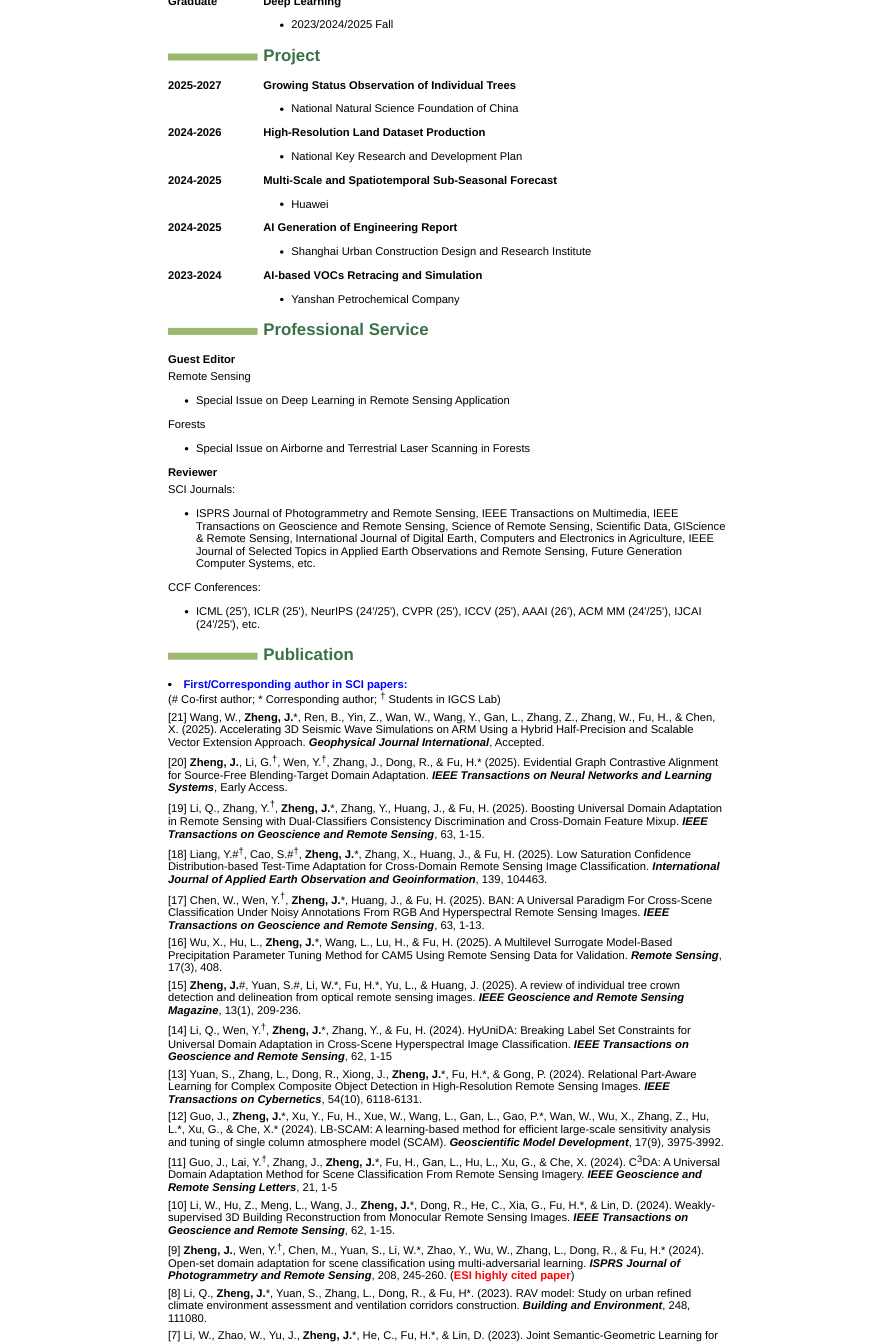
Repository: rssysu/rssysu.github.io
Page: assets/resume/zjp.html
These files come from the project's save history. The page is drawn as it stood at one moment and after the next save; the edit follows.
The browser window is 1280 px wide. The pictures show the part of the page from y = 759 to 2679 px (the page is 4387 px tall before and 4626 px after), at 70% of full size.

Above is the page before, as saved 2026-01-26 21:06:46.

After the next save:
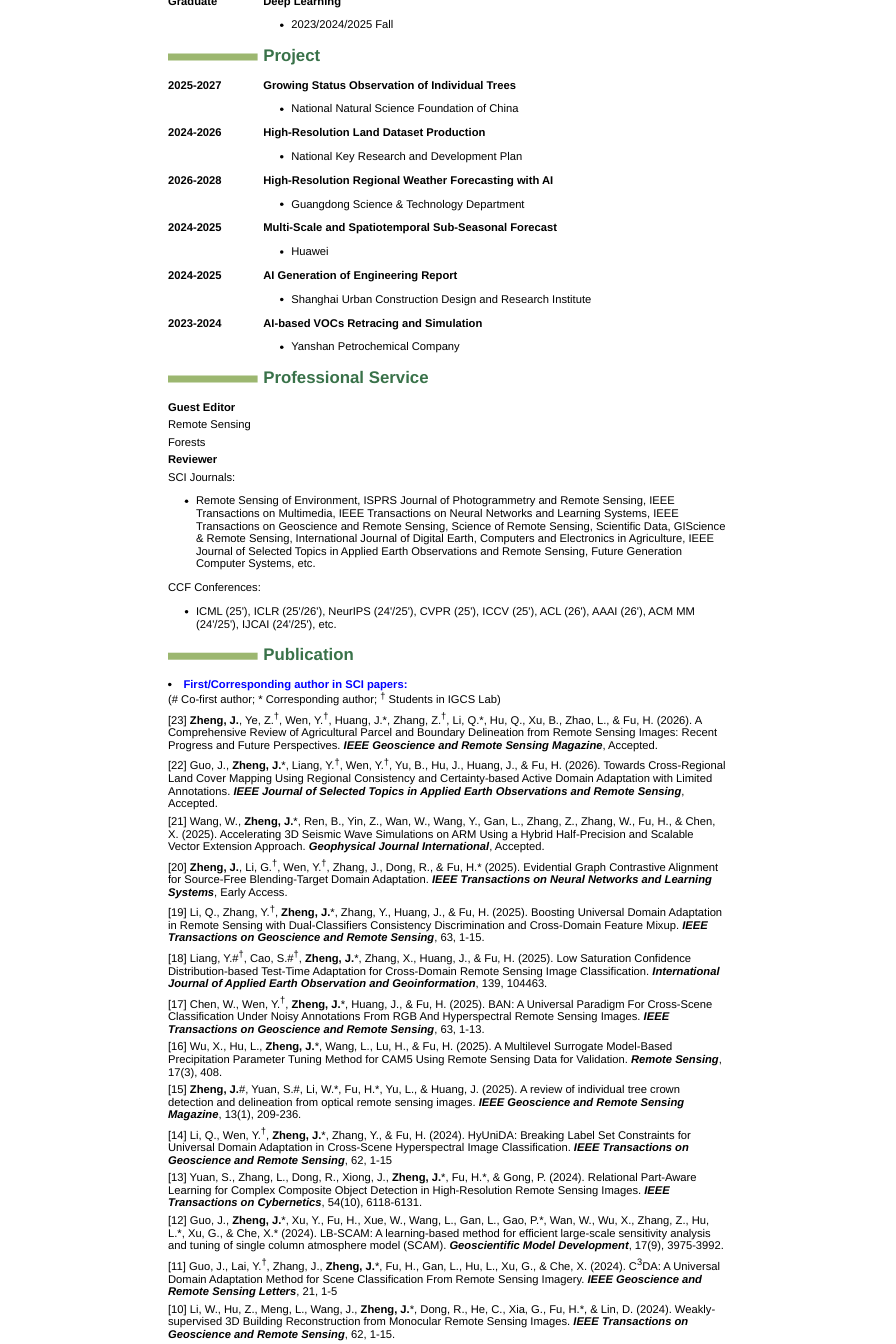
Saved 9 min 32 s later.
--- a/assets/resume/zjp.html
+++ b/assets/resume/zjp.html
@@ -116,6 +116,13 @@ Processing</strong></p>
 <li>National Key Research and Development Plan</li>
 </ul>
 </dd>
+<dt>2026-2028</dt>
+<dd>
+<p><strong>High-Resolution Regional Weather Forecasting with AI</strong></p>
+<ul>
+<li>Guangdong Science &amp; Technology Department</li>
+</ul>
+</dd>
 <dt>2024-2025</dt>
 <dd>
 <p><strong>Multi-Scale and Spatiotemporal Sub-Seasonal Forecast</strong></p>
@@ -141,25 +148,21 @@ Processing</strong></p>
 <h2 id="professional-service">Professional Service</h2>
 <p><strong>Guest Editor</strong></p>
 <p>Remote Sensing</p>
-<ul>
-<li>Special Issue on Deep Learning in Remote Sensing Application</li>
-</ul>
 <p>Forests</p>
-<ul>
-<li>Special Issue on Airborne and Terrestrial Laser Scanning in Forests</li>
-</ul>
 <p><strong>Reviewer</strong></p>
 <p>SCI Journals:</p>
 <ul>
-<li>ISPRS Journal of Photogrammetry and Remote Sensing, IEEE Transactions on Multimedia, IEEE Transactions on Geoscience and Remote Sensing, Science of Remote Sensing, Scientific Data, GIScience &amp; Remote Sensing, International Journal of Digital Earth, Computers and Electronics in Agriculture, IEEE Journal of Selected Topics in Applied Earth Observations and Remote Sensing, Future Generation Computer Systems, etc.</li>
+<li>Remote Sensing of Environment, ISPRS Journal of Photogrammetry and Remote Sensing, IEEE Transactions on Multimedia, IEEE Transactions on Neural Networks and Learning Systems, IEEE Transactions on Geoscience and Remote Sensing, Science of Remote Sensing, Scientific Data, GIScience &amp; Remote Sensing, International Journal of Digital Earth, Computers and Electronics in Agriculture, IEEE Journal of Selected Topics in Applied Earth Observations and Remote Sensing, Future Generation Computer Systems, etc.</li>
 </ul>
 <p>CCF Conferences:</p>
 <ul>
-<li>ICML (25'), ICLR (25'), NeurIPS (24'/25'), CVPR (25'), ICCV (25'), AAAI (26'), ACM MM (24'/25'), IJCAI (24'/25'), etc.</li>
+<li>ICML (25'), ICLR (25'/26'), NeurIPS (24'/25'), CVPR (25'), ICCV (25'), ACL (26'), AAAI (26'), ACM MM (24'/25'), IJCAI (24'/25'), etc.</li>
 </ul>
 <h2 id="publication">Publication</h2>
 <li><b><font color="blue">First/Corresponding author in SCI papers:</font></b></li>
 <p>(# Co-first author; * Corresponding author; <sup>&#8224</sup> Students in IGCS Lab)</p>
+<p>[23] <b>Zheng, J.</b>, Ye, Z.<sup>&#8224</sup>, Wen, Y.<sup>&#8224</sup>, Huang, J.*, Zhang, Z.<sup>&#8224</sup>, Li, Q.*, Hu, Q., Xu, B., Zhao, L., &amp; Fu, H. (2026). A Comprehensive Review of Agricultural Parcel and Boundary Delineation from Remote Sensing Images: Recent Progress and Future Perspectives. <b><em>IEEE Geoscience and Remote Sensing Magazine</em></b>, Accepted.</p>
+<p>[22] Guo, J., <b>Zheng, J.</b>*, Liang, Y.<sup>&#8224</sup>, Wen, Y.<sup>&#8224</sup>, Yu, B., Hu, J., Huang, J., &amp; Fu, H. (2026). Towards Cross-Regional Land Cover Mapping Using Regional Consistency and Certainty-based Active Domain Adaptation with Limited Annotations. <b><em>IEEE Journal of Selected Topics in Applied Earth Observations and Remote Sensing</em></b>, Accepted.</p>
 <p>[21] Wang, W., <b>Zheng, J.</b>*, Ren, B., Yin, Z., Wan, W., Wang, Y., Gan, L., Zhang, Z., Zhang, W., Fu, H., &amp; Chen, X. (2025). Accelerating 3D Seismic Wave Simulations on ARM Using a Hybrid Half-Precision and Scalable Vector Extension Approach. <b><em>Geophysical Journal International</em></b>, Accepted.</p>
 <p>[20] <b>Zheng, J.</b>, Li, G.<sup>&#8224</sup>, Wen, Y.<sup>&#8224</sup>, Zhang, J., Dong, R., &amp; Fu, H.* (2025). Evidential Graph Contrastive Alignment for Source-Free Blending-Target Domain Adaptation. <b><em>IEEE Transactions on Neural Networks and Learning Systems</em></b>, Early Access.</p>
 <p>[19] Li, Q., Zhang, Y.<sup>&#8224</sup>, <b>Zheng, J.</b>*, Zhang, Y., Huang, J., &amp; Fu, H. (2025). Boosting Universal Domain Adaptation in Remote Sensing with Dual-Classifiers Consistency Discrimination and Cross-Domain Feature Mixup. <b><em>IEEE Transactions on Geoscience and Remote Sensing</em></b>, 63, 1-15.</p>
@@ -184,6 +187,7 @@ Processing</strong></p>
 <p></p>
 <li><b><font color="blue">First/Corresponding author in CCF conference papers:</font></b></li>
 <p>(# Co-first author; * Corresponding author; <sup>&#8224</sup> Students in IGCS Lab)</p>
+<p>[17] Li, G.<sup>&#8224</sup>, Liu, X., Liu, Y., Chen, M., Cao, S.<sup>&#8224</sup>, Wang, X., &amp; <b>Zheng, J, Zhang, J., Liang, H.<sup>&#8224</sup>, Zhang, L., Wang, J., Jin, M., Cheng, H., Fu, H.</b>* (2026). TianQuan-S2S: A Subseasonal-to-Seasonal Global Weather Model via Incorporate Climatology State. <b><em>ICLR 2026</em></b>, Accepted.</p>
 <p>[16] Wen, Y., Gu, D., &amp; <b>Zheng, J.</b>* (2026). G-SFADA: Gradient-Inspired Source-Free Active Domain Adaptation for Semantic Segmentation. <b><em>ICASSP 2026</em></b>, Accepted.</p>
 <p>[15] Li, Q., Zhang, P., &amp; <b>Zheng, J.</b>* (2026). Cross-scene Hyperspectral Image Classification via Topology-Aware Learning without Source Data. <b><em>ICASSP 2026</em></b>, Accepted.</p>
 <p>[14] Zhang, Z.<sup>&#8224</sup>, Ye, Z.<sup>&#8224</sup>, Wen, Y.<sup>&#8224</sup>, Yuan, S., Fu, H., Huang, J., &amp; <b>Zheng, J.</b>* (2025). GTPBD: A Fine-Grained Global Terraced Parcel and Boundary Dataset. <b><em>NeurIPS DB Track 2025</em></b>, Accepted.</p>
@@ -201,6 +205,7 @@ Processing</strong></p>
 <p>[2] Zhao, Y.#, <b>Zheng, J.</b>#, Fu, H.*, Wu, W., Gao, J., Chen, M., Zhang, J., Zhang, L., Dong, R., Du, Z., Liu, S., Liu, X., Zhang, S., &amp; Yu, L. (2023, May). SW-LCM: a scalable and weakly-supervised land cover mapping method on a new Sunway supercomputer. In <b><em>2023 IEEE International Parallel and Distributed Processing Symposium (IPDPS)</em></b> (pp. 657-667). IEEE.</p>
 <p>[1] <b>Zheng, J.</b>, Wu, W., Zhao, Y., &amp; Fu, H.* (2021, September). Transresnet: Transferable Resnet For Domain Adaptation. In <b><em>2021 IEEE international conference on image processing (ICIP)</em></b> (pp. 764-768). IEEE.</p>
 <h2 id="selected-awards">Selected Awards</h2>
+<p>2025, <strong>Award</strong>, 13th Teacher's Teaching Competition (Second‑Prize), Sun Yat-Sen Univ.</p>
 <p>2024, <strong>Award</strong>, 12th Teacher's Teaching Competition (Second‑Prize), Sun Yat-Sen Univ.</p>
 <p>2023, <strong>Award</strong>, Wu Wenjun AI Science and Technology Award (Second‑Prize), CAAI</p>
 <p>2023, <strong>Award</strong>, Outstanding PhD Graduate in Beijing, Beijing</p>
